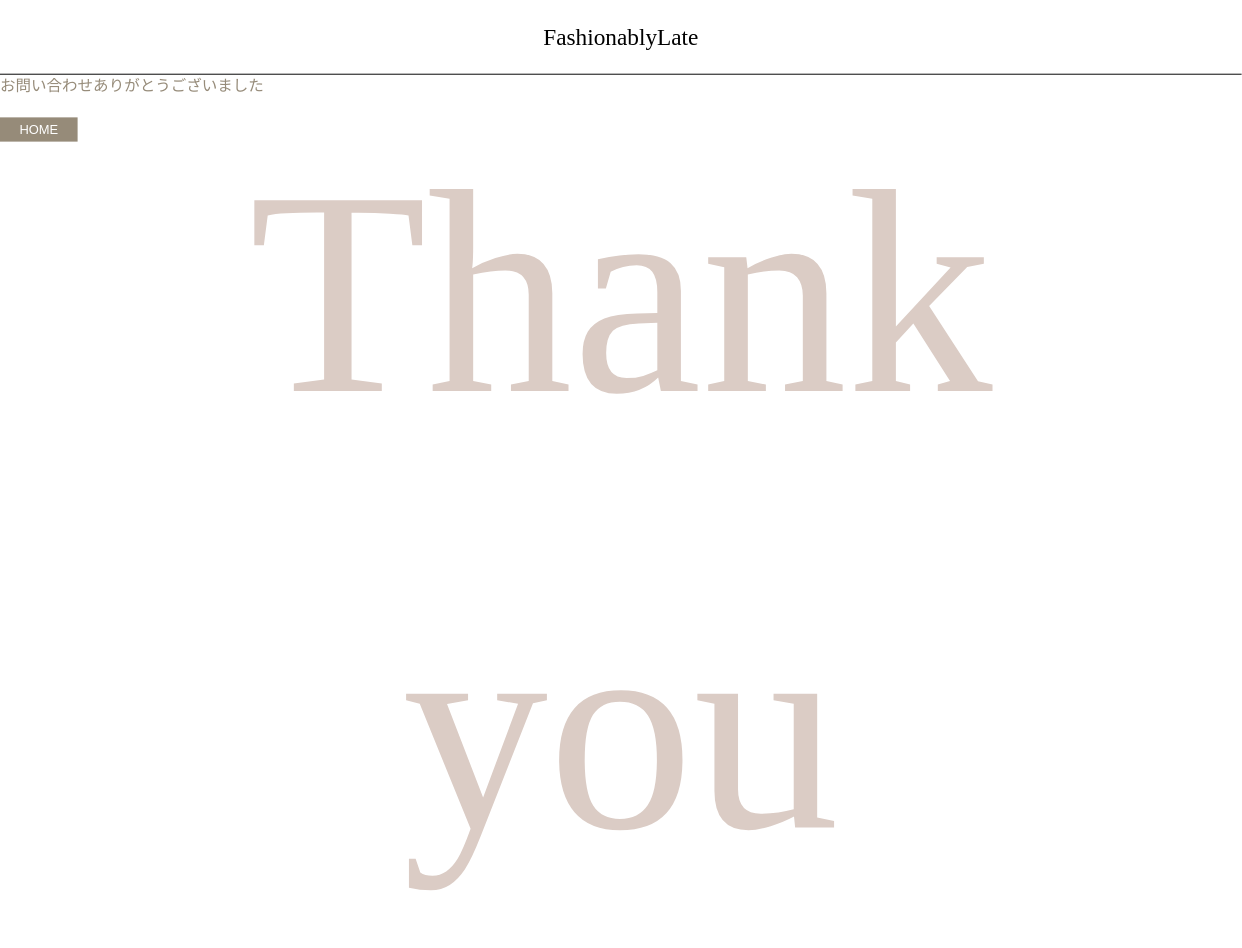
Repository: mayu-ya/test_form
Page: http://localhost/
An editor plug-in stored every save of this project. The page is shown before and after the next save, followed by the edit.
The browser window is 1280 px wide. The pictures show the whole page, at 97% of full size.
The page is served by the project's Laravel application, run on PHP 8.4 with Laravel 8. Other server files are loaded and not shown.

Above is the page before, as saved 2026-01-17 11:59:37.

### src/routes/web.php
<?php

use Illuminate\Support\Facades\Route;
use App\Http\Controllers\ContactController;

/*
|--------------------------------------------------------------------------
| Web Routes
|--------------------------------------------------------------------------
|
| Here is where you can register web routes for your application. These
| routes are loaded by the RouteServiceProvider within a group which
| contains the "web" middleware group. Now create something great!
|
*/

Route::get('/', [ContactController::class, 'index']);

### src/app/Http/Controllers/ContactController.php
<?php

namespace App\Http\Controllers;

use Illuminate\Http\Request;

class ContactController extends Controller
{
    public function index()
    {
        return view('thanks');
    }
}

### src/resources/views/thanks.blade.php
@extends('layouts.app')

@section('css')
<link rel="stylesheet" href="{{ asset('css/thanks.css') }}">
@endsection

@section('content')
<div class="content">
    <div class="content-back">Thank you</div>
    <div class="content__group">
        <div class="content-thanks">お問い合わせありがとうございました</div>
        <form class="form">
            <div class="form__button">
                <button class="form__button-submit" type="submit">HOME</button>
            </div>
        </form>
    </div>
</div>
@endsection

### src/resources/views/layouts/app.blade.php
<!DOCTYPE html>
<html lang="ja">
<head>
    <meta charset="UTF-8">
    <meta name="viewport" content="width=device-width, initial-scale=1.0">
    <title>FashionablyLate</title>
    <link rel="stylesheet" href="{{ asset('css/common.css') }}">
    <link rel="stylesheet" href="{{ asset('css/sanitize.css') }}">
    @yield('css')
</head>
<body>
    <header class="header">
        <div class="header-title">
            <div class="header-title__item">FashionablyLate</div>
        </div>
        @yield('header')
    </header>

    <main>
        @yield('content')
    </main>
</body>
</html>

### src/public/css/common.css
.header{
    border-bottom: 1px solid #000;
}

.header-title {
    margin: 0 auto;
    padding: 20px 15px;
    max-width: 1230px;
}

.header-title__item {
    font-size: 24px;
    text-align: center;
}

### src/public/css/sanitize.css
/* Document
* ========================================================================== */

/**
* Add border box sizing in all browsers (opinionated).
*/

*,
::before,
::after {
  box-sizing: border-box;
}

/**
* 1. Add text decoration inheritance in all browsers (opinionated).
* 2. Add vertical alignment inheritance in all browsers (opinionated).
*/

::before,
::after {
  vertical-align: inherit;
  /* 2 */
  text-decoration: inherit;
  /* 1 */
}

/**
* 1. Use the default cursor in all browsers (opinionated).
* 2. Change the line height in all browsers (opinionated).
* 3. Use a 4-space tab width in all browsers (opinionated).
* 4. Remove the grey highlight on links in iOS (opinionated).
* 5. Prevent adjustments of font size after orientation changes in
*    IE on Windows Phone and in iOS.
* 6. Breaks words to prevent overflow in all browsers (opinionated).
*/

html {
  word-break: break-word;
  /* 6 */
  -moz-tab-size: 4;
  /* 3 */
  tab-size: 4;
  /* 3 */
  line-height: 1.5;
  /* 2 */
  cursor: default;
  /* 1 */

  -webkit-tap-highlight-color: transparent
    /* 4 */
  ;
  -ms-text-size-adjust: 100%;
  /* 5 */
  -webkit-text-size-adjust: 100%;
  /* 5 */
}

/* Sections
* ========================================================================== */

/**
* Remove the margin in all browsers (opinionated).
*/

body {
  margin: 0;
}

/**
* Correct the font size and margin on `h1` elements within `section` and
* `article` contexts in Chrome, Edge, Firefox, and Safari.
*/

h1 {
  margin: 0.67em 0;
  font-size: 2em;
}

/* Grouping content
* ========================================================================== */

/**
* Remove the margin on nested lists in Chrome, Edge, IE, and Safari.
*/

dl dl,
dl ol,
dl ul,
ol dl,
ul dl {
  margin: 0;
}

/**
* Remove the margin on nested lists in Edge 18- and IE.
*/

ol ol,
ol ul,
ul ol,
ul ul {
  margin: 0;
}

/**
* 1. Add the correct sizing in Firefox.
* 2. Show the overflow in Edge 18- and IE.
*/

hr {
  overflow: visible;
  /* 2 */
  height: 0;
  /* 1 */
}

/**
* Add the correct display in IE.
*/

main {
  display: block;
}

/**
* Remove the list style on navigation lists in all browsers (opinionated).
*/

nav ol,
nav ul {
  padding: 0;
  list-style: none;
}

/**
* 1. Correct the inheritance and scaling of font size in all browsers.
* 2. Correct the odd `em` font sizing in all browsers.
*/

pre {
  font-size: 1em;
  /* 2 */
  font-family: monospace, monospace;
  /* 1 */
}

/* Text-level semantics
* ========================================================================== */

/**
* Remove the gray background on active links in IE 10.
*/

a {
  background-color: transparent;
}

/**
* Add the correct text decoration in Edge 18-, IE, and Safari.
*/

abbr[title] {
  text-decoration: underline;
  text-decoration: underline dotted;
}

/**
* Add the correct font weight in Chrome, Edge, and Safari.
*/

b,
strong {
  font-weight: bolder;
}

/**
* 1. Correct the inheritance and scaling of font size in all browsers.
* 2. Correct the odd `em` font sizing in all browsers.
*/

code,
kbd,
samp {
  font-size: 1em;
  /* 2 */
  font-family: monospace, monospace;
  /* 1 */
}

/**
* Add the correct font size in all browsers.
*/

small {
  font-size: 80%;
}

/* Embedded content
* ========================================================================== */

/*
* Change the alignment on media elements in all browsers (opinionated).
*/

audio,
canvas,
iframe,
img,
svg,
video {
  vertical-align: middle;
}

/**
* Add the correct display in IE 9-.
*/

audio,
video {
  display: inline-block;
}

/**
* Add the correct display in iOS 4-7.
*/

audio:not([controls]) {
  display: none;
  height: 0;
}

/**
* Remove the border on iframes in all browsers (opinionated).
*/

iframe {
  border-style: none;
}

/**
* Remove the border on images within links in IE 10-.
*/

img {
  border-style: none;
}

/**
* Change the fill color to match the text color in all browsers (opinionated).
*/

svg:not([fill]) {
  fill: currentColor;
}

/**
* Hide the overflow in IE.
*/

svg:not(:root) {
  overflow: hidden;
}

/* Tabular data
* ========================================================================== */

/**
* Collapse border spacing in all browsers (opinionated).
*/

table {
  border-collapse: collapse;
}

/* Forms
* ========================================================================== */

/**
* Remove the margin on controls in Safari.
*/

button,
input,
select {
  margin: 0;
}

/**
* 1. Show the overflow in IE.
* 2. Remove the inheritance of text transform in Edge 18-, Firefox, and IE.
*/

button {
  overflow: visible;
  /* 1 */
  text-transform: none;
  /* 2 */
}

/**
* Correct the inability to style buttons in iOS and Safari.
*/

button,
[type="button"],
[type="reset"],
[type="submit"] {
  -webkit-appearance: button;
}

/**
* 1. Change the inconsistent appearance in all browsers (opinionated).
* 2. Correct the padding in Firefox.
*/

fieldset {
  padding: 0.35em 0.75em 0.625em;
  /* 2 */
  border: 1px solid #a0a0a0;
  /* 1 */
}

/**
* Show the overflow in Edge 18- and IE.
*/

input {
  overflow: visible;
}

/**
* 1. Correct the text wrapping in Edge 18- and IE.
* 2. Correct the color inheritance from `fieldset` elements in IE.
*/

legend {
  display: table;
  /* 1 */
  max-width: 100%;
  /* 1 */
  color: inherit;
  /* 2 */
  white-space: normal;
  /* 1 */
}

/**
* 1. Add the correct display in Edge 18- and IE.
* 2. Add the correct vertical alignment in Chrome, Edge, and Firefox.
*/

progress {
  display: inline-block;
  /* 1 */
  vertical-align: baseline;
  /* 2 */
}

/**
* Remove the inheritance of text transform in Firefox.
*/

select {
  text-transform: none;
}

/**
* 1. Remove the margin in Firefox and Safari.
* 2. Remove the default vertical scrollbar in IE.
* 3. Change the resize direction in all browsers (opinionated).
*/

textarea {
  overflow: auto;
  /* 2 */
  margin: 0;
  /* 1 */
  resize: vertical;
  /* 3 */
}

/**
* Remove the padding in IE 10-.
*/

[type="checkbox"],
[type="radio"] {
  padding: 0;
}

/**
* 1. Correct the odd appearance in Chrome, Edge, and Safari.
* 2. Correct the outline style in Safari.
*/

[type="search"] {
  outline-offset: -2px;
  /* 2 */

  -webkit-appearance: textfield;
  /* 1 */
}

/**
* Correct the cursor style of increment and decrement buttons in Safari.
*/

::-webkit-inner-spin-button,
::-webkit-outer-spin-button {
  height: auto;
}

/**
* Correct the text style of placeholders in Chrome, Edge, and Safari.
*/

::-webkit-input-placeholder {
  color: inherit;
  opacity: 0.54;
}

/**
* Remove the inner padding in Chrome, Edge, and Safari on macOS.
*/

::-webkit-search-decoration {
  -webkit-appearance: none;
}

/**
* 1. Correct the inability to style upload buttons in iOS and Safari.
* 2. Change font properties to `inherit` in Safari.
*/

::-webkit-file-upload-button {
  font: inherit;
  /* 2 */

  -webkit-appearance: button;
  /* 1 */
}

/**
* Remove the inner border and padding of focus outlines in Firefox.
*/

::-moz-focus-inner {
  padding: 0;
  border-style: none;
}

/**
* Restore the focus outline styles unset by the previous rule in Firefox.
*/

:-moz-focusring {
  outline: 1px dotted ButtonText;
}

/**
* Remove the additional :invalid styles in Firefox.
*/

:-moz-ui-invalid {
  box-shadow: none;
}

/* Interactive
* ========================================================================== */

/*
* Add the correct display in Edge 18- and IE.
*/

details {
  display: block;
}

/*
* Add the correct styles in Edge 18-, IE, and Safari.
*/

dialog {
  position: absolute;
  right: 0;
  left: 0;
  display: block;
  margin: auto;
  padding: 1em;
  width: -moz-fit-content;
  width: -webkit-fit-content;
  width: fit-content;
  height: -moz-fit-content;
  height: -webkit-fit-content;
  height: fit-content;
  border: solid;
  background-color: white;
  color: black;
}

dialog:not([open]) {
  display: none;
}

/*
* Add the correct display in all browsers.
*/

summary {
  display: list-item;
}

/* Scripting
* ========================================================================== */

/**
* Add the correct display in IE 9-.
*/

canvas {
  display: inline-block;
}

/**
* Add the correct display in IE.
*/

template {
  display: none;
}

/* User interaction
* ========================================================================== */

/*
* 1. Remove the tapping delay in IE 10.
* 2. Remove the tapping delay on clickable elements
in all browsers (opinionated).
*/

a,
area,
button,
input,
label,
select,
summary,
textarea,
[tabindex] {
  -ms-touch-action: manipulation;
  /* 1 */
  touch-action: manipulation;
  /* 2 */
}

/**
* Add the correct display in IE 10-.
*/

[hidden] {
  display: none;
}

/* Accessibility
* ========================================================================== */

/**
* Change the cursor on busy elements in all browsers (opinionated).
*/

[aria-busy="true"] {
  cursor: progress;
}

/*
* Change the cursor on control elements in all browsers (opinionated).
*/

[aria-controls] {
  cursor: pointer;
}

/*
* Change the cursor on disabled, not-editable, or otherwise
* inoperable elements in all browsers (opinionated).
*/

[aria-disabled="true"],
[disabled] {
  cursor: not-allowed;
}

/*
* Change the display on visually hidden accessible elements
* in all browsers (opinionated).
*/

[aria-hidden="false"][hidden] {
  display: initial;
}

[aria-hidden="false"][hidden]:not(:focus) {
  position: absolute;
  clip: rect(0, 0, 0, 0);
}

### src/public/css/thanks.css
.content {
    max-width: 1536px;
}

.content-back {
    position: absolute;
    text-align: center;
    margin: 0 auto;
    color: #dbccc5;
    font-size: 300px;
}

.content__group {
    margin: 0 auto;
}

.content-thanks {
    color: #968b79;
}

.form {
    margin-top: 20px;
}

.form__button-submit {
    padding: 5px 20px;
    background: #968b79;
    color: white;
    border: none;
    cursor: pointer;
}

Loaded but not shown: src/app/Http/Controllers/Controller.php (common file)

After the next save:
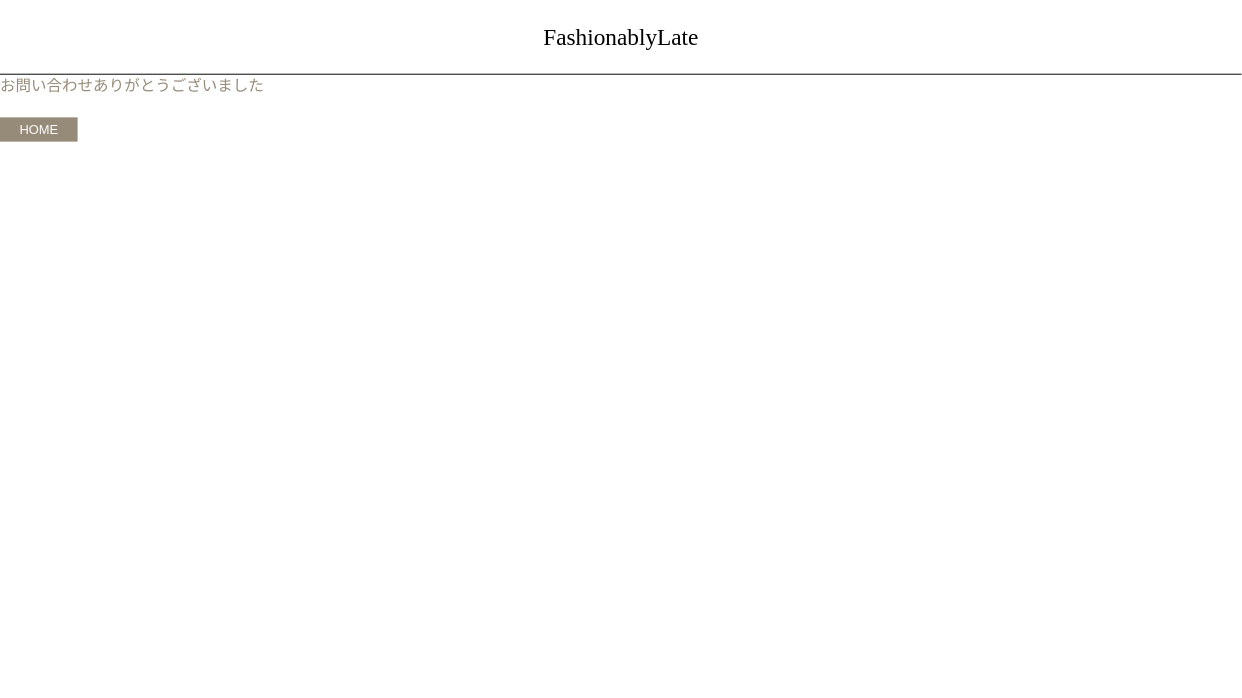
Saved 83 min 21 s later.
--- a/src/resources/views/thanks.blade.php
+++ b/src/resources/views/thanks.blade.php
@@ -6,7 +6,6 @@
 
 @section('content')
 <div class="content">
-    <div class="content-back">Thank you</div>
     <div class="content__group">
         <div class="content-thanks">お問い合わせありがとうございました</div>
         <form class="form">
